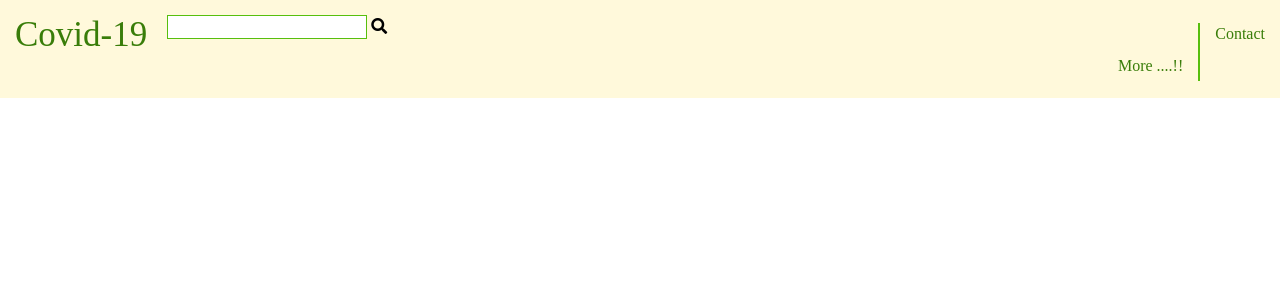
Repository: thuongton98/Covid
Page: html-css-js/index.html
An editor plug-in stored every save of this project. The page is shown before and after the next save, followed by the edit.
The browser window is 1280 px wide. The pictures show the whole page.

Above is the page before, as saved 2021-07-01 09:10:56.

### html-css-js/index.html
<!DOCTYPE html>
<html lang="en">
<head>
    <meta charset="UTF-8">
    <meta http-equiv="X-UA-Compatible" content="IE=edge">
    <meta name="viewport" content="width=device-width, initial-scale=1.0">
    <link rel="stylesheet" href="https://use.fontawesome.com/releases/v5.15.3/css/all.css" integrity="sha384-SZXxX4whJ79/gErwcOYf+zWLeJdY/qpuqC4cAa9rOGUstPomtqpuNWT9wdPEn2fk" crossorigin="anonymous">
    <link rel="stylesheet" href="./styles.css">
    <title>Covid-19</title>
</head>
<body>
    <nav>
        <div class="icon">
            <div class="icon-i">Covid-19</div>
            <div class="icon-search">
                <input type="text">
                <i class="fas fa-search"></i>
            </div>

        </div>
        <ul class="nav-i">
            <li>More ....!!</li>
            <li>Contact</li>
        </ul>
    </nav>
</body>
</html>

### html-css-js/styles.css

*{
    padding: 0;
    margin: 0;
    box-sizing: border-box;
}



nav{
    background-color: #fff9db;
    display: flex;
    justify-content: space-between;
    padding:15px
}


nav .icon{
    display: flex;
}

nav .nav-i{
    display: flex;
}

nav .nav-i li{
    list-style: none;
    padding-right: 15px;
    padding-top:10px;
    color:#397d09;
    cursor: pointer;
}

nav .nav-i li:hover{
    color:#57bf0d;
}

nav .nav-i li:last-child{
    padding-right:0;
}

nav .nav-i li:after{
    content: '';
    border: 1px solid #57bf0d;
    margin-left:15px;
    font-size: 50px;
    position: relative;
    top:-2px;
}

nav .nav-i li:last-child::after{
    display: none;
}

nav .icon .icon-i{
    font-size: 35px;
    color: #397d09;
    cursor: pointer;
}

nav .icon .icon-search{
    margin-left:20px;
}


nav .icon .icon-search input{
   padding: 1px;
   width: 200px;
   outline: none;
   border: none;
   font-size: 17px;
   border:1px solid #57bf0d

}

After the next save:
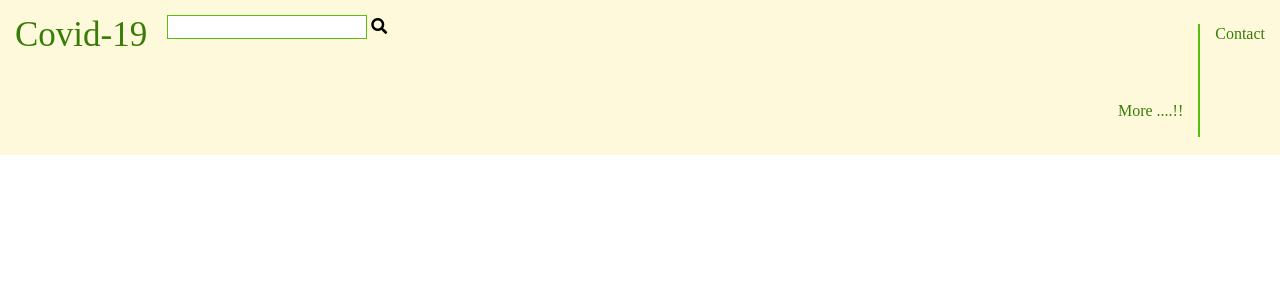
Saved 4 s later.
--- a/html-css-js/styles.css
+++ b/html-css-js/styles.css
@@ -43,7 +43,7 @@ nav .nav-i li:after{
     content: '';
     border: 1px solid #57bf0d;
     margin-left:15px;
-    font-size: 50px;
+    font-size: 100px;
     position: relative;
     top:-2px;
 }
